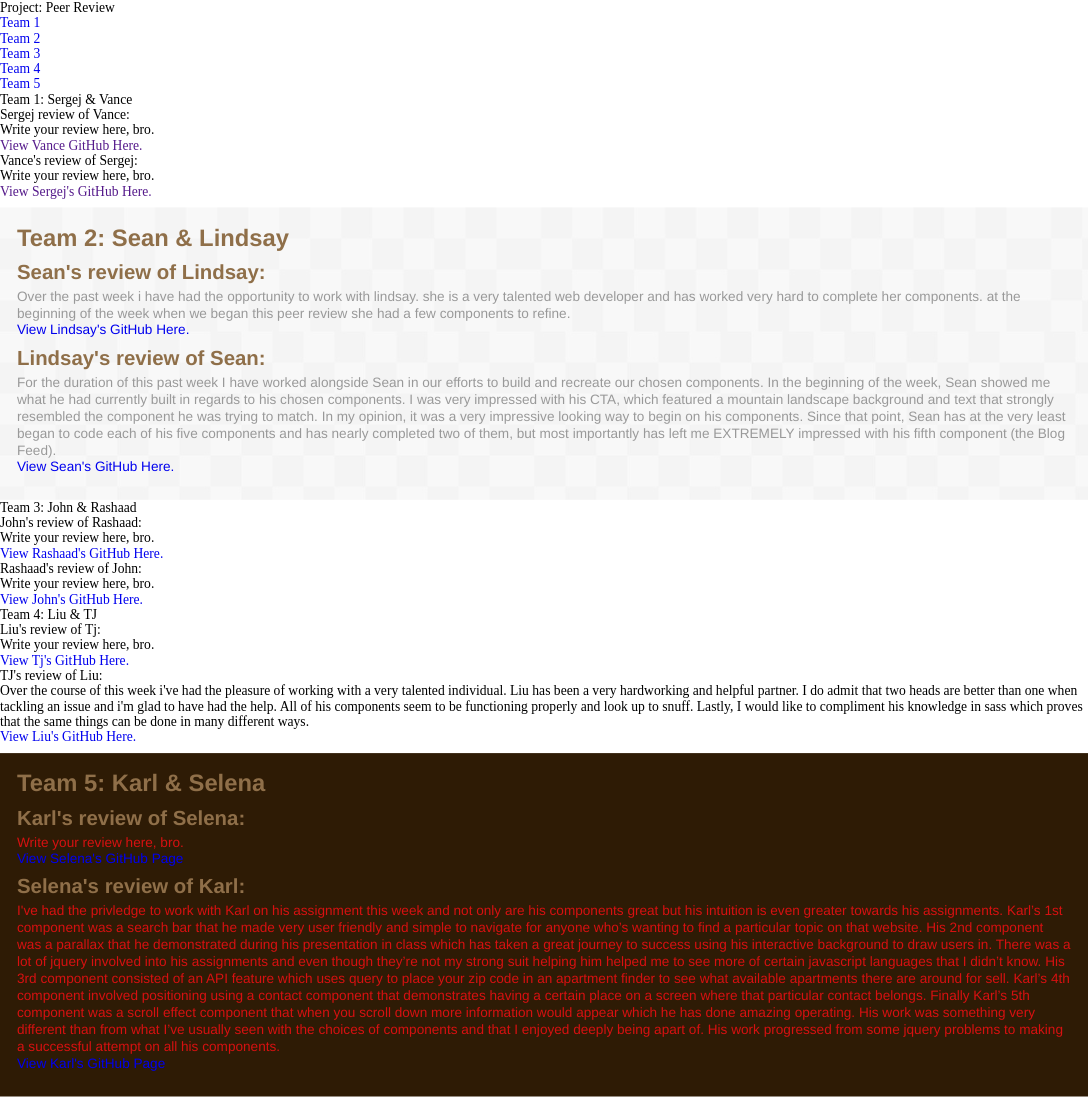
Repository: Smvargas787/WSP-2.5
Page: workspace 3/hello-world.html
The author's editor kept a record of every edit. The page is drawn from the files as they stood at one moment, then again after the next edit.
The browser window is 1280 px wide. The pictures show the whole page, at 85% of full size.
Some web libraries are served in a nearby version.

Above is the page before.

### workspace 3/hello-world.html
<!DOCTYPE html>
<html lang= "en">
	<head>
		<meta charset= "utf-8"/>
		<meta name="viewport" content="width=device-width, initial-scale=1, maximum-scale=1">
		<title>Project: Peer Review</title>

		<link href="css/reset.css" rel="stylesheet" type="text/css" />
		<link href="css/style.css" rel="stylesheet" type="text/css" />
	</head>


	<body>

		<header>
			<h1>Project: Peer Review</h1>
			<nav>
				<ul>
					<li><a href="#" class="link" data-this=".team1" data-last=".page">Team 1</a></li>
					<li><a href="#" class="link" data-this=".team2" data-last=".page">Team 2</a></li>
					<li><a href="#" class="link" data-this=".team3" data-last=".page">Team 3</a></li>
					<li><a href="#" class="link" data-this=".team4" data-last=".page">Team 4</a></li>
					<li><a href="#" class="link" data-this=".team5" data-last=".page">Team 5</a></li>
				</ul>
			</nav>
		</header>


<!-- 	Team 1 -->
		<section class="page team1">
			<h2>Team 1: Sergej & Vance</h2>

			<article>
				<h3>Sergej review of Vance:</h3>
				<p>Write your review here, bro.</p>
				<a href="" target="_blank">View Vance GitHub Here.</a>
			</article>

			<article>
			 	<h3>Vance's review of Sergej:</h3>
				<p>Write your review here, bro.</p>
				<a href="" target="_blank">View Sergej's GitHub Here.</a>
			</article>
        </section>
<!-- End Team 1 -->





<!-- 	Team 2 -->
		<section class="page team2">
			<h2>Team 2: Sean & Lindsay</h2>

			<article>
				<h3>Sean's review of Lindsay:</h3>
				<p>Over the past week i have had the opportunity to work with lindsay. she is a very talented web developer and has worked very hard
				to complete her components. at the beginning of the week when we began this peer review she had a few components to refine.
				</p>
				<a href="http://lindsayhampton.github.io/WSP/" target="_blank">View Lindsay's GitHub Here.</a>
			</article>

			<article>
			 	<h3>Lindsay's review of Sean:</h3>
				<p>For the duration of this past week I have worked alongside Sean in our efforts to build and recreate our chosen components.
				In the beginning of the week, Sean showed me what he had currently built in regards to his chosen components. I was very impressed with his CTA,
				which featured a mountain landscape background and text that strongly resembled the component he was trying to match. In my opinion, it was a
				very impressive looking way to begin on his components. Since that point, Sean has at the very least began to code each of his five components and
				has nearly completed two of them, but most importantly has left me EXTREMELY impressed with his fifth component (the Blog Feed). </p>
				<a href="http://seanedw1.github.io/wsp_edwards_sean/index.html" target="_blank">View Sean's GitHub Here.</a>
			</article>

		</section>
<!-- End Team 2 -->




<!-- 	Team 3 -->
		<section class="page team3">
			<h2>Team 3: John & Rashaad</h2>
			<article>
				<h3>John's review of Rashaad:</h3>
				<p>Write your review here, bro.</p>
				<a href="http://mangenius200.github.io/WSP/wsp_project-master/index.html" target="_blank">View Rashaad's GitHub Here.</a>
			</article>

			<article>
			 	<h3>Rashaad's review of John:</h3>
				<p>Write your review here, bro.</p>
				<a href="http://johnkunkle1987.github.io/Web-Standards-Project/week_1_project/" target="_blank">View John's GitHub Here.</a>
			</article>
		</section>
<!-- End Team 3 -->





<!-- 	Team 4 -->
		<section class="page team4">
			<h2>Team 4: Liu  & TJ</h2>
			<article>
				<h3>Liu's review of Tj:</h3>
				<p>Write your review here, bro.</p>
				<a href="http://fs-timothymccoy.github.io/WSP/ProjectPlanning/index.html" target="_blank">View Tj's GitHub Here.</a>
			</article>

			<article>
			 	<h3>TJ's review of Liu:</h3>
				<p>Over the course of this week i've had the pleasure of working with a very talented individual. Liu has been a very hardworking and helpful partner. I do admit that two heads are better than one when tackling an issue and i'm glad to have had the help. All of his components seem to be functioning properly and look up to snuff. Lastly, I would like to compliment his knowledge in sass which proves that the same things can be done in many different ways.</p>
				<a href="http://maumasi.github.io/WSP_082015/" target="_blank">View Liu's GitHub Here.</a>
			</article>

    	</section>
<!-- End Team 4 -->


<!-- 	Team 5 -->
		<section class="page team5">
			<h2>Team 5: Karl & Selena</h2>
			<article>
				<h3>Karl's review of Selena:</h3>
				<p>Write your review here, bro.</p>
				<a href="http://smvargas787.github.io/WSP-2.5/index.html" target="_blank">View Selena's GitHub Page</a>
			</article>

			<article>
			 	<h3>Selena's review of Karl:</h3>
				<p>I've had the privledge to work with Karl on his assignment this week and not only are his components great but his intuition is even greater towards his assignments. Karl’s 1st component was a search bar that he made very user friendly and simple to navigate for anyone who’s wanting to find a particular topic on that website. His 2nd component was a parallax that he demonstrated during his presentation in class which has taken a great journey to success using his interactive background to draw users in. There was a lot of jquery involved into his assignments and even though they’re not my strong suit helping him helped me to see more of certain javascript languages that I didn’t know. His 3rd component consisted of an API feature which uses query to place your zip code in an apartment finder to see what available apartments there are around for sell. Karl’s 4th component involved positioning using a contact component that demonstrates having a certain place on a screen where that particular contact belongs. Finally Karl’s 5th component was a scroll effect component that when you scroll down more information would appear which he has done amazing operating. His work was something very different than from what I’ve usually seen with the choices of components and that I enjoyed deeply being apart of. His work progressed from some jquery problems to making a successful attempt on all his components. </p>
			    <a href="http://kjrohr.github.io/wps_project/blog/index.html" target="_blank">View Karl's GitHub Page</a>
			</article>




		</section>
<!-- End Team 5 -->




<!-- jquery -->
		<script src="https://ajax.googleapis.com/ajax/libs/jquery/1.11.3/jquery.min.js"></script>
	<!--	<script src="js/jquery-1.11.3.min.js"></script> -->
		<script src="js/main.js"></script>

	</body>
</html>

### workspace 3/css/reset.css
/* CSS RESET
====================================================================================================
====================================================================================================
*/



html, body, div, main, span, applet, object, iframe,
h1, h2, h3, h4, h5, h6, p, blockquote, pre,
a, abbr, acronym, address, big, cite, code,
del, dfn, em, img, ins, kbd, q, s, samp,
small, strike, strong, sub, sup, tt, var,
b, u, i, center,
dl, dt, dd, ol, ul, li,
fieldset, form, label, legend, input, textarea,
table, caption, tbody, tfoot, thead, tr, th, td,
article, aside, canvas, details, embed,
figure, figcaption, footer, header, hgroup,
menu, nav, output, ruby, section, summary,
time, mark, audio, video,
::before, ::after {

	margin: 0; padding: 0;
	border: 0;
	font-size: 100%;
	font: inherit;
	vertical-align: baseline;
	text-decoration: none;

	box-sizing: border-box;

}

// HTML5 - Older browser support
// ======================================================================
article, aside, details, figcaption, figure,
footer, header, hgroup, menu, nav, section {
	display: block;
}


// BODY
// ======================================================================
body { line-height: 1; }


// LISTS - Clear bullets
// ======================================================================
ol, ul { list-style: none; }


// QUOTES
// ======================================================================
blockquote, q { quotes: none; }
blockquote:before, blockquote:after,
q:before, q:after {
	content: '';
	content: none;
}

// TABLES
// ======================================================================
table {
	border-collapse: collapse;
	border-spacing: 0;
}

### workspace 3/css/style.css
/* Team 1 ======================================================== */
/* End of Team 1 ================================================= */


/* Team 2 ======================================================== */
.team2
{
  margin-top: 10px;
  background: url("../images/background-team2.jpg");
  color: #999999;
  font-family: Helvetica;
  padding: 20px;
}


.team2 article a:hover
{
  color: rgba(215,17,17, 0.8);
}

.team2 article a:visited
{
  color: #094978;
}


.team2 h1{
  text-align:center;
}


.team2 h2
{
  margin-bottom: 10px;
  font-size: 28px;
  font-weight: 900;
  color: #8F6F49;
}

.team2 article h3
{
  margin-bottom: 5px;
  color: #8F6F49;
  font-size: 24px;
  font-weight: 700;
}

.team2 article p
{
  line-height: 20px;
}

.team2 article a
{
  display: block;
  padding-bottom: 10px;
}


/* End of Team 2 ================================================= */


/* Team 3 ======================================================== */
/* End of Team 3 ================================================= */


/* Team 4 ======================================================== */
/* End of Team 4 ================================================= */


/* Team 5 ======================================================== */
/* Color 1: #2E1B05 Root
   Color 2: #655441 Somber
   Color 3: #8F6F49 Yggdrasil
   Color 4: #094978 Blues Power
   Color 5: #D71111 Pale Red
*/


.team5
{
  margin-top: 10px;
  background: #2E1B05;
  color: #D71111;
  font-family: Helvetica;
  padding: 20px;
}


.team5 article a:hover
{
  color: rgba(215,17,17, 0.8);
}

.team5 article a:visited
{
  color: #094978;
}

.team5 h2
{
  margin-bottom: 10px;
  font-size: 28px;
  font-weight: 900;
  color: #8F6F49;
}

.team5 article h3
{
  margin-bottom: 5px;
  color: #8F6F49;
  font-size: 24px;
  font-weight: 700;
}

.team5 article p
{
  line-height: 20px;
}

.team5 article a
{
  display: block;
  padding-bottom: 10px;
}


/* End of Team 5 ================================================= */

### workspace 3/js/main.js

//	jquery javaScript
$(function(){

//	make links change "pages"
//================================================================
//	$('.page').css({'display':'none'});



//	nav click events
//================================================================
	$('.link').on('click', function(){

		var linkAction1 = $(this).attr('data-last');
		var linkAction2 = $(this).attr('data-this');

		$(linkAction1).delay().slideUp();
		$(linkAction2).slideDown();

		$('.this-class').css({'display':'none'});
		$('h3').css({'display':'none'});
		//$('input').css({'display':'none'});
	});




});

After the next edit:
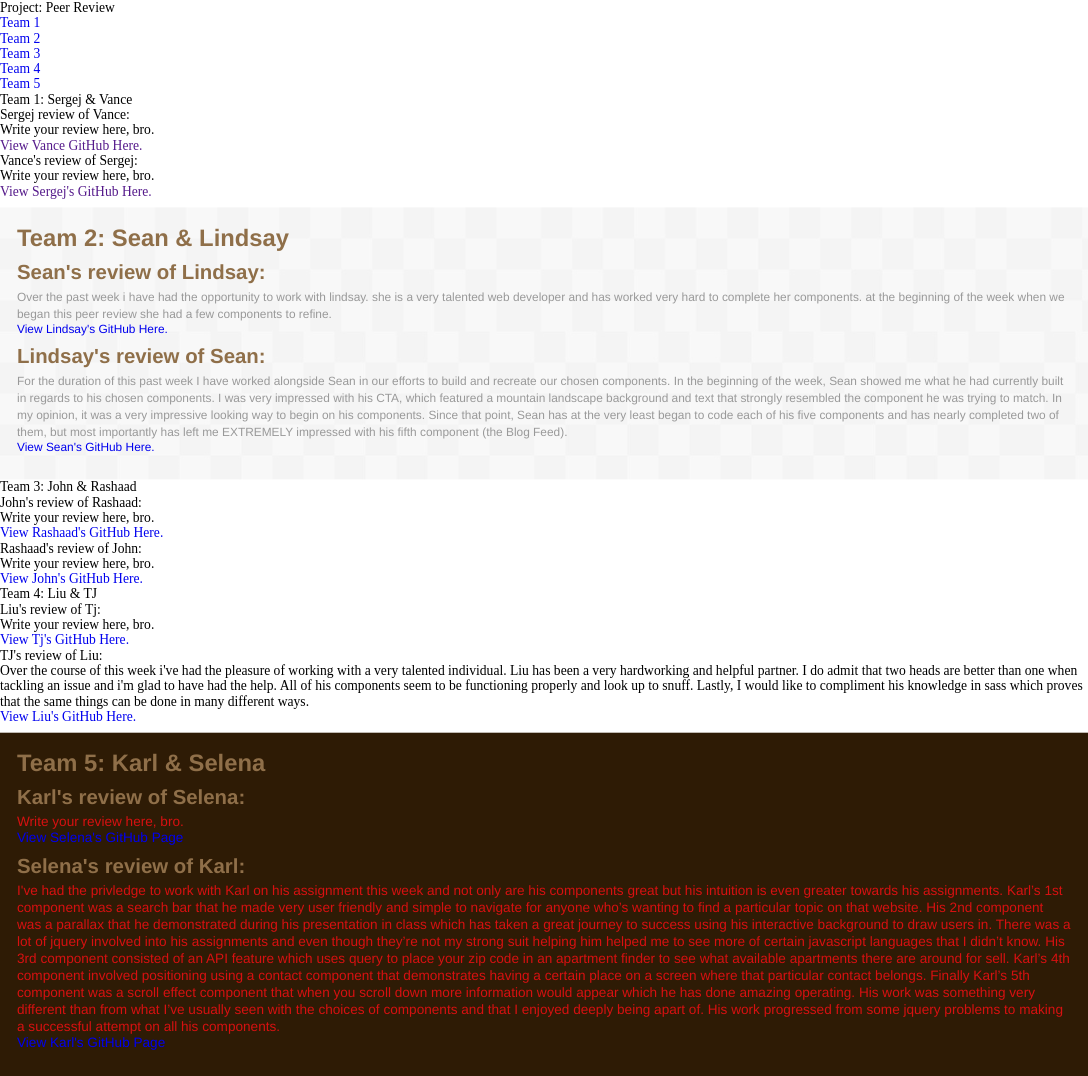
The edit:
--- a/workspace 3/css/style.css
+++ b/workspace 3/css/style.css
@@ -10,6 +10,7 @@
   color: #999999;
   font-family: Helvetica;
   padding: 20px;
+  font-size: 14px;
 }
 
 
